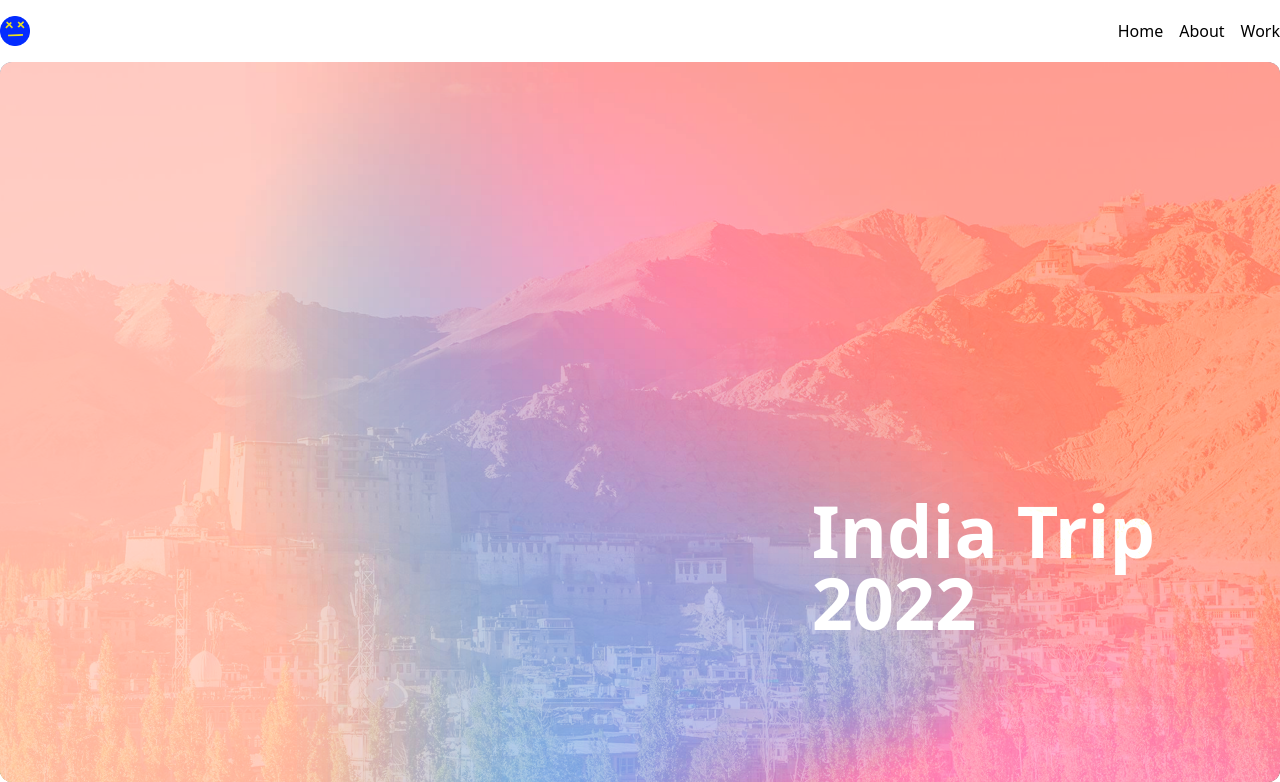
Repository: aaroncemery/aaroncemery-next
Page: /
These files come from the project's save history. The page is drawn as it stood at one moment and after the next save; the edit follows.
The browser window is 1280 px wide. The pictures show the whole page.
The project was rebuilt for these pictures with package versions that can differ from the ones it lists, and the page was loaded fresh each time. The framework's server and built-in components were replaced by stand-ins that run in the browser. Also part of the build but not shown: next.config.js.

Above is the page before, as saved 2022-06-13 19:54:40.

### pages/index.tsx
import type { NextPage } from 'next'
import { Fragment } from 'react'
import Image from 'next/image'
import NavIcon from '../public/assets/nav-icon.png'
import HeroImage from '../public/assets/lehguidelead.jpeg'
import MeshGradient from '../public/assets/mesh-gradient.jpg'
import Link from 'next/link'

const Home: NextPage = () => {
  return (
    <Fragment>
      <nav className="container flex justify-between items-center m-auto py-4">
        <Image src={NavIcon} alt={'aaroncemery icon'} height={30} width={30} />
        <ul className="flex justify-between items-center gap-4">
          <li>
            <Link href="/">Home</Link>
          </li>
          <li>
            <Link href="/about">About</Link>
          </li>
          <li>
            <Link href="/work">Work</Link>
          </li>
        </ul>
      </nav>
      <div
        className={`container relative bg-hero-pattern rounded-xl m-auto bg-cover aspect-video`}
      >
        <Image
          src={HeroImage}
          alt="hero image"
          className="relative rounded-xl"
          layout="fill"
        />
        <div className="absolute bg-mesh-gradient bg-cover w-full h-full top-0 left-0 mix-blend-screen aspect-video rounded-xl"></div>
        <div className="absolute bg-mesh-gradient bg-cover w-full h-full top-0 left-0 mix-blend-multiply aspect-video rounded-xl"></div>
        <div className="z-10 absolute text-7xl text-white mix-blend-overlay font-bold top-1/2 left-1/2 translate-x-1/2 translate-y-1/2">
          <h1 className="">India Trip</h1>
          <h1 className="">2022</h1>
        </div>
      </div>
    </Fragment>
  )
}

export default Home

### tailwind.config.js
/** @type {import('tailwindcss').Config} */
module.exports = {
  content: [
    './pages/**/*.{js,ts,jsx,tsx}',
    './components/**/*.{js,ts,jsx,tsx}',
  ],
  theme: {
    extend: {
      backgroundImage: {
        'mesh-gradient': "url('/assets/mesh-gradient.jpg')",
      },
    },
  },
  plugins: [],
}

Loaded but not shown: pages/_app.tsx (common file); styles/globals.css (common file)

After the next save:
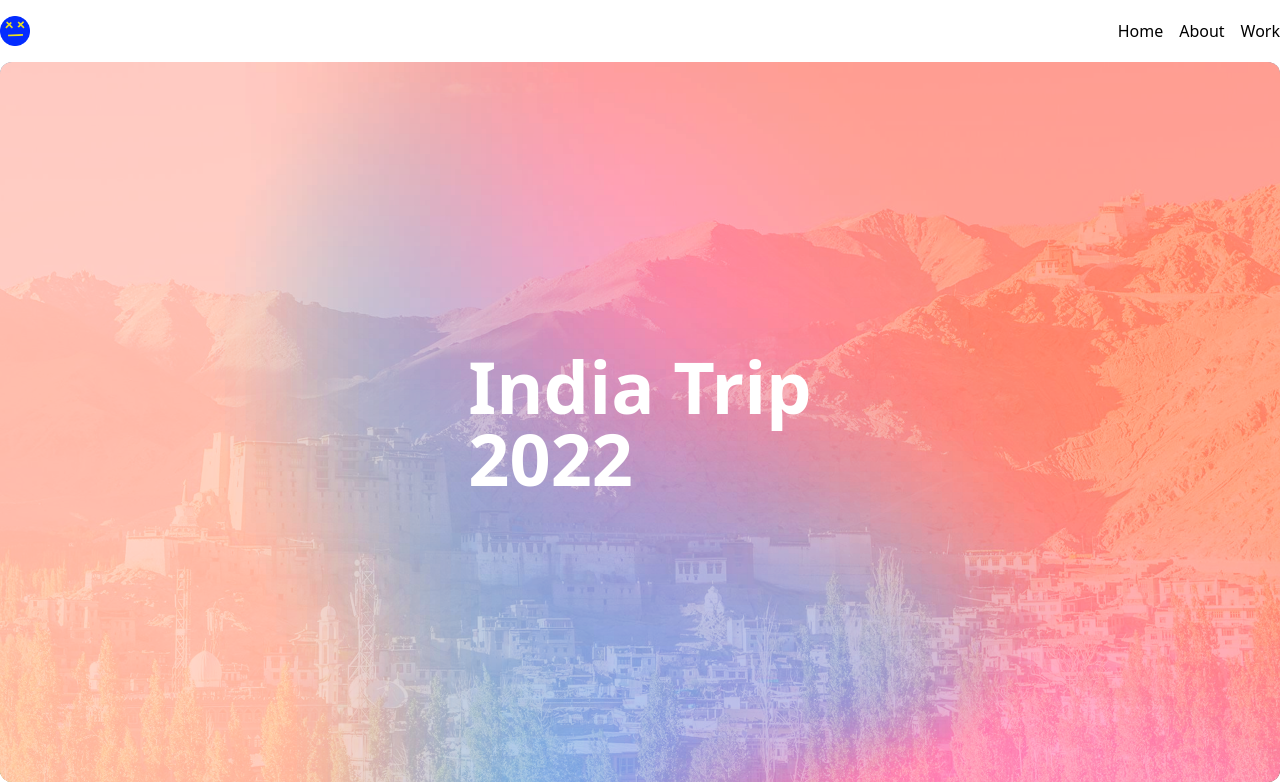
Saved 13 s later.
--- a/pages/index.tsx
+++ b/pages/index.tsx
@@ -34,7 +34,7 @@ const Home: NextPage = () => {
         />
         <div className="absolute bg-mesh-gradient bg-cover w-full h-full top-0 left-0 mix-blend-screen aspect-video rounded-xl"></div>
         <div className="absolute bg-mesh-gradient bg-cover w-full h-full top-0 left-0 mix-blend-multiply aspect-video rounded-xl"></div>
-        <div className="z-10 absolute text-7xl text-white mix-blend-overlay font-bold top-1/2 left-1/2 translate-x-1/2 translate-y-1/2">
+        <div className="z-10 absolute text-7xl text-white mix-blend-overlay font-bold top-1/2 left-1/2 -translate-x-1/2 -translate-y-1/2">
           <h1 className="">India Trip</h1>
           <h1 className="">2022</h1>
         </div>
